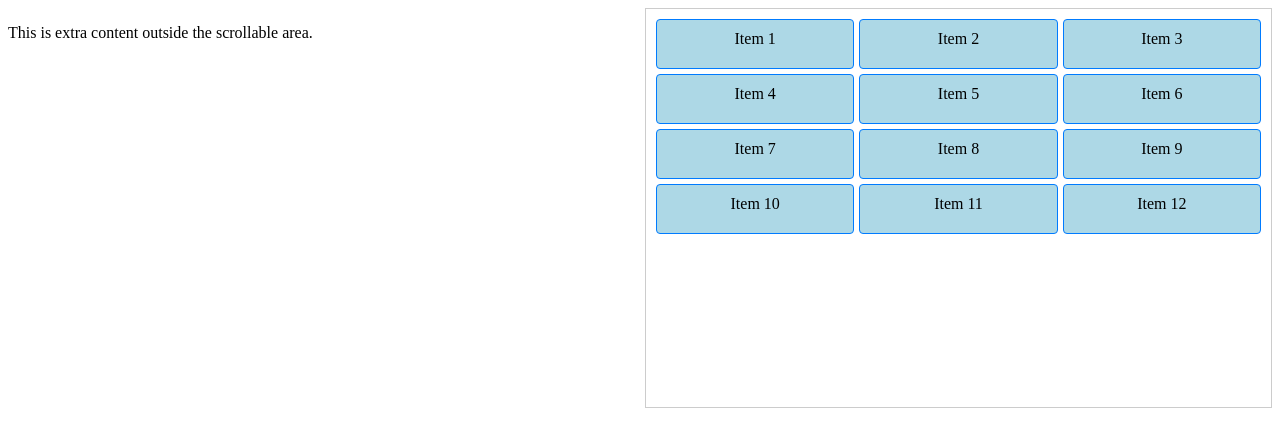
Repository: notgudmewhathuh12122334354556/GroceryInventory
Page: grid.html
The author's editor kept a copy of each file at every save. The page is drawn from the files as they stood at one save, then again after the next save.
The browser window is 1280 px wide. The pictures show the whole page.

Above is the page before, as saved 2024-11-19 22:43:25.

### grid.html
<!DOCTYPE html>
<html lang="en">
<head>
  <meta charset="UTF-8">
  <meta name="viewport" content="width=device-width, initial-scale=1.0">
  <title>Scrollable Grid Inside Div</title>
  <style>
    /* Outer Container */
    .container {
      display: grid;
      grid-template-columns: 1fr 1fr; /* Two-column layout */
      gap: 10px;
      height: 400px; /* Set height for demonstration */
    }

    /* Scrollable Div */
    .scrollable {
      overflow-y: auto; /* Enables vertical scrolling */
      max-height: 100%; /* Restrict height */
      padding: 10px;
      border: 1px solid #ccc;
    }

    /* Grid Inside Scrollable Div */
    .scrollable-grid {
      display: grid;
      grid-template-columns: repeat(3, 1fr); /* Three columns */
      grid-auto-rows: minmax(50px, auto); /* Dynamic rows */
      gap: 5px;
    }

    /* Grid Items */
    .grid-item {
      background-color: lightblue;
      text-align: center;
      padding: 10px;
      border: 1px solid #007BFF;
      border-radius: 4px;
    }
  </style>
</head>
<body>
  <div class="container">
    <!-- Sidebar or Extra Content -->
    <div class="extra-content">
      <p>This is extra content outside the scrollable area.</p>
    </div>

    <!-- Scrollable Grid Container -->
    <div class="scrollable">
      <div class="scrollable-grid">
        <div class="grid-item">Item 1</div>
        <div class="grid-item">Item 2</div>
        <div class="grid-item">Item 3</div>
        <div class="grid-item">Item 4</div>
        <div class="grid-item">Item 5</div>
        <div class="grid-item">Item 6</div>
        <div class="grid-item">Item 7</div>
        <div class="grid-item">Item 8</div>
        <div class="grid-item">Item 9</div>
        <div class="grid-item">Item 10</div>
        <div class="grid-item">Item 11</div>
        <div class="grid-item">Item 12</div>
      </div>
    </div>
  </div>
</body>
</html>

After the next save:
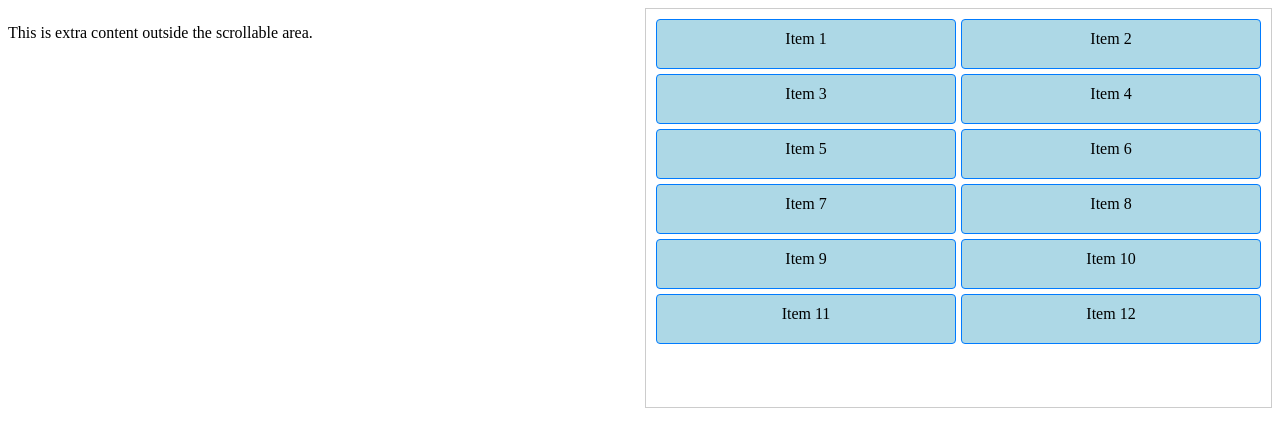
Saved 37 s later.
--- a/grid.html
+++ b/grid.html
@@ -24,7 +24,7 @@
     /* Grid Inside Scrollable Div */
     .scrollable-grid {
       display: grid;
-      grid-template-columns: repeat(3, 1fr); /* Three columns */
+      grid-template-columns: 1fr 1fr; /* Three columns */
       grid-auto-rows: minmax(50px, auto); /* Dynamic rows */
       gap: 5px;
     }
